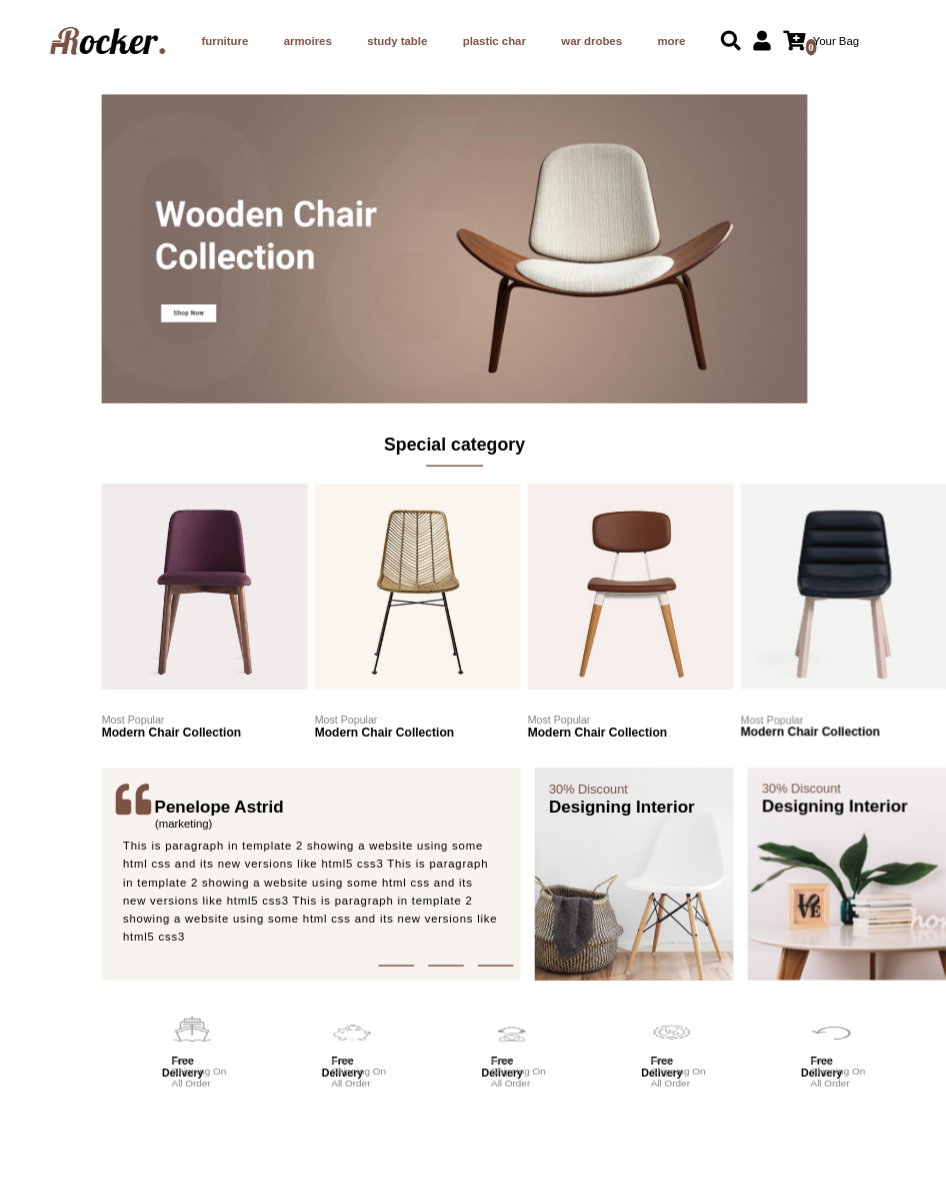
Repository: Ahmed123rezk123/p2-template
Page: index.html
The author's editor kept a copy of each file at every save. The page is drawn from the files as they stood at one save, then again after the next save.
The browser window is 1280 px wide. The page is 1333 px wide, so the pictures cover 1333 px, including what lies to the right of the window. The pictures show the whole page, at 71% of full size.

Above is the page before, as saved 2024-01-24 23:15:08.

After the next save:
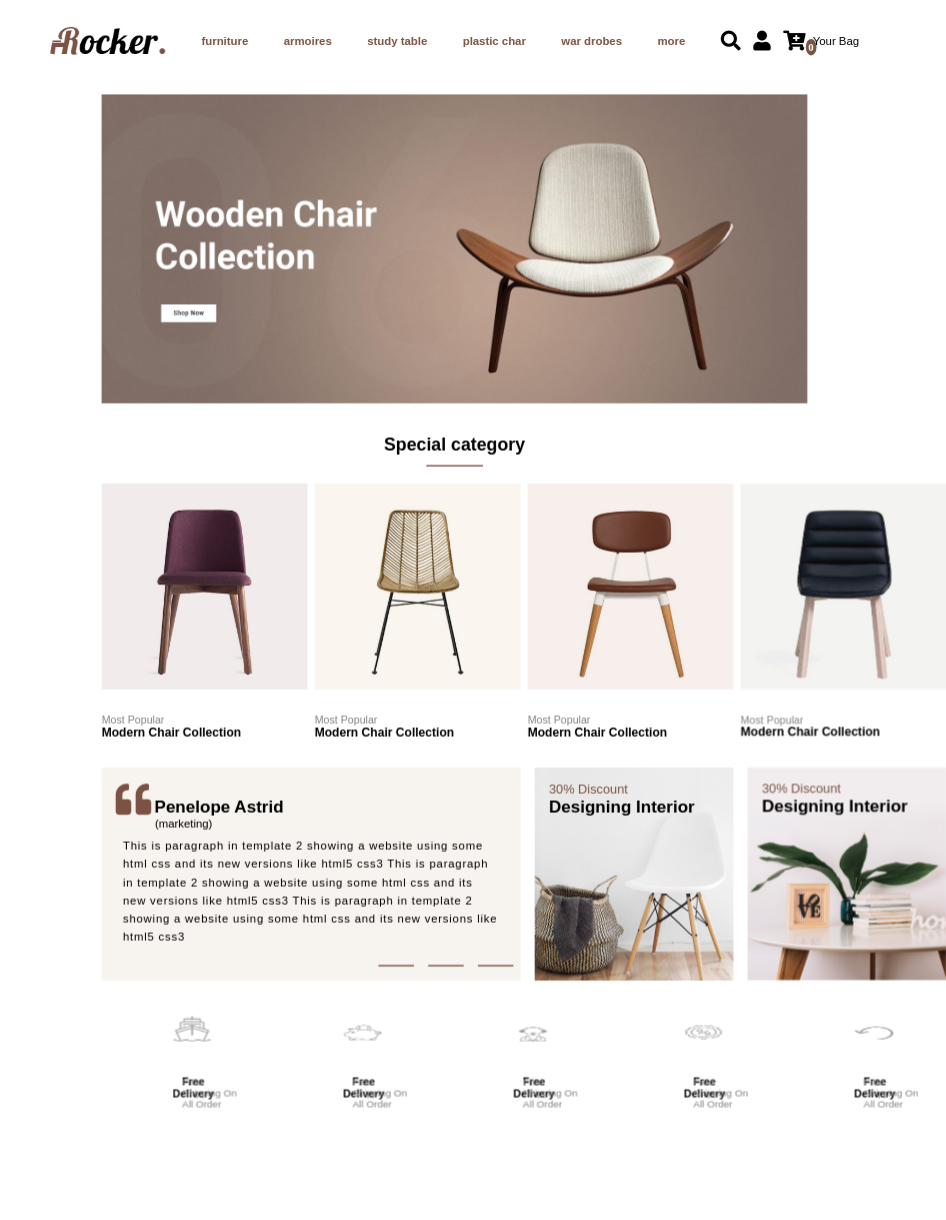
Saved 22 s later.
--- a/css/style.css
+++ b/css/style.css
@@ -361,8 +361,8 @@
     .section2 .container .parent1 .parent2 .div5-1 .content-div5   {
         display: flex;
         width: 100px;
-         margin-top: -30px;
-         margin-left: -15px;
+         /* margin-top: -30px;
+         margin-left: -15px; */
 
     }
 

After the save that followed:
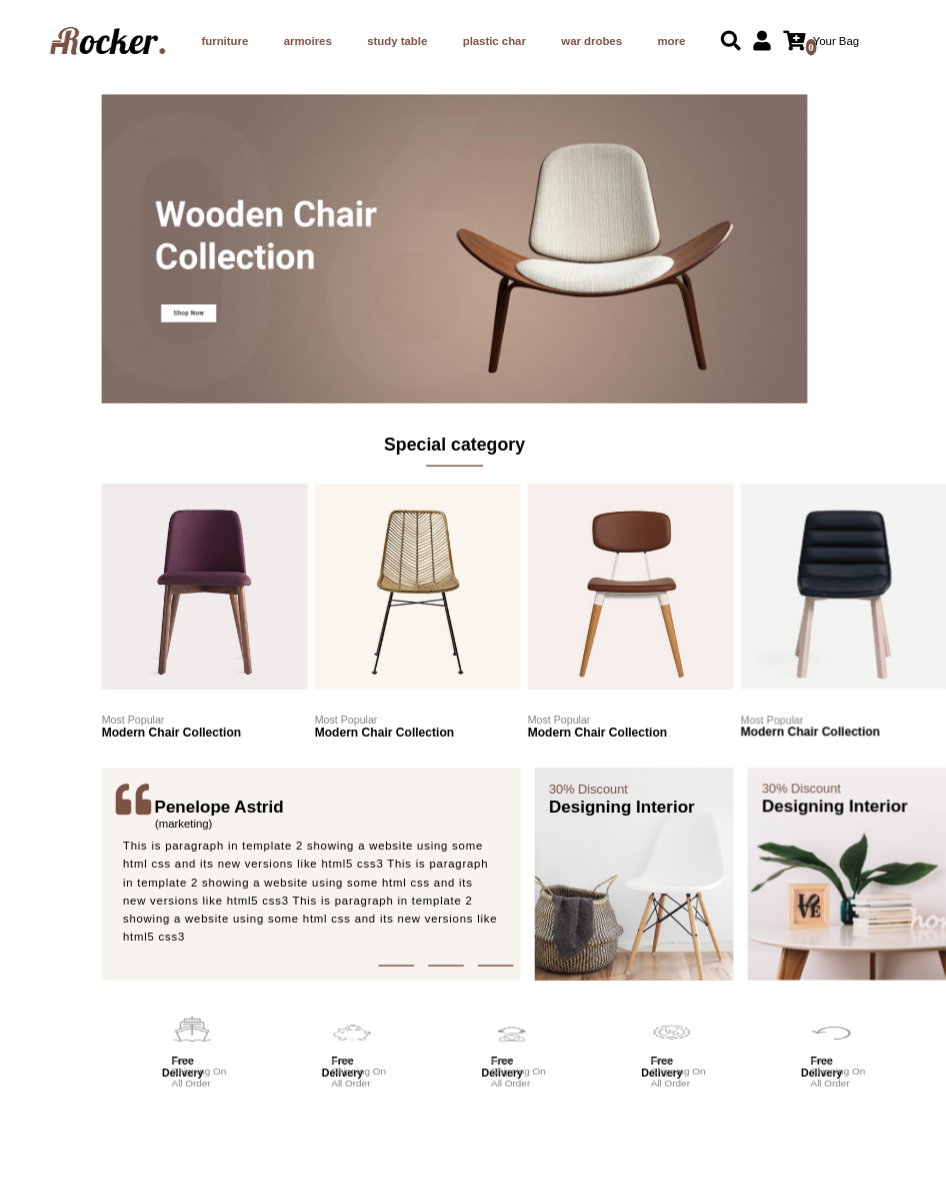
Saved 9 s later.
--- a/css/style.css
+++ b/css/style.css
@@ -361,8 +361,8 @@
     .section2 .container .parent1 .parent2 .div5-1 .content-div5   {
         display: flex;
         width: 100px;
-         /* margin-top: -30px;
-         margin-left: -15px; */
+         margin-top: -30px;
+         margin-left: -15px;
 
     }
 
